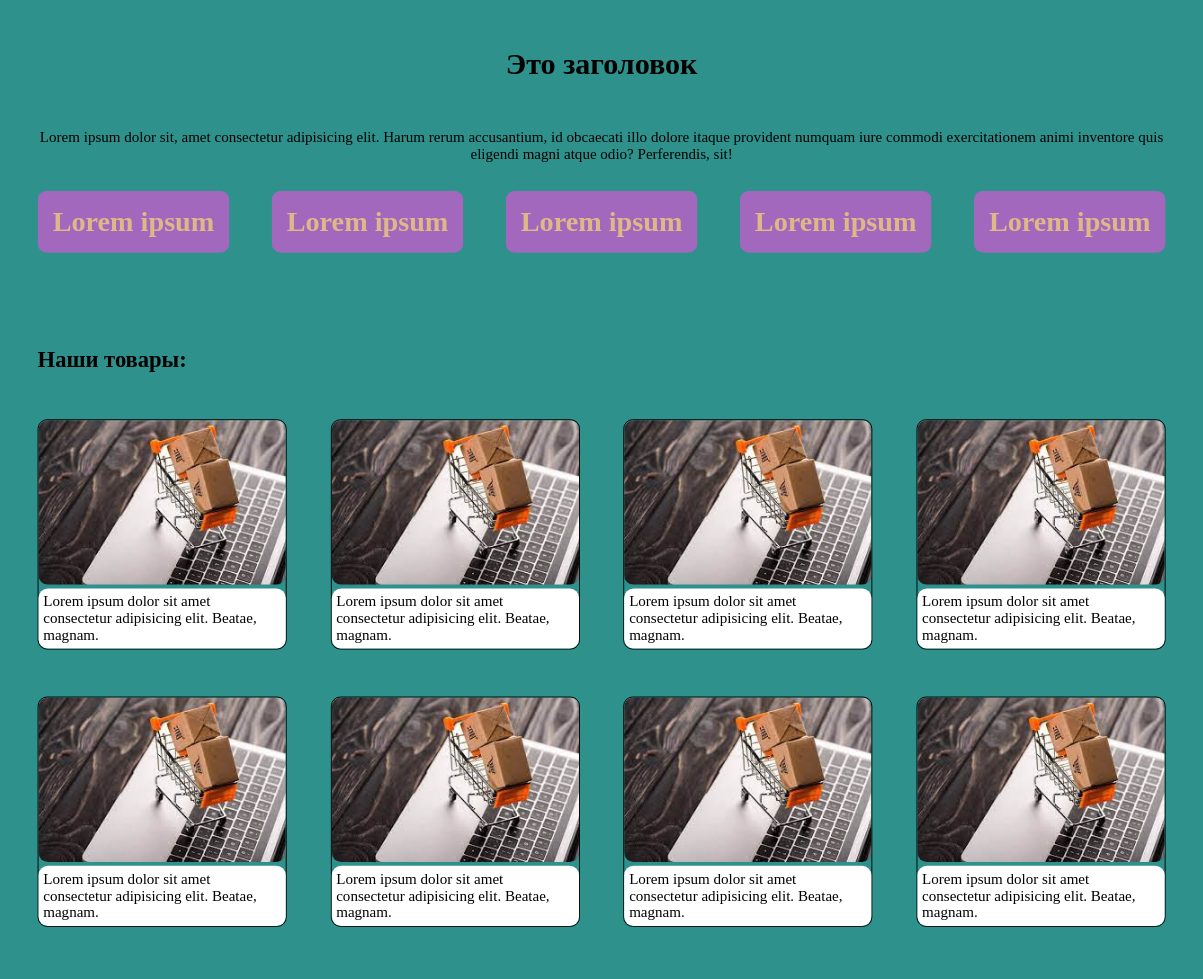
Repository: annamsklv/web
Page: seminar2_26.01/index.html
The author's editor kept a copy of each file at every save. The page is drawn from the files as they stood at one save, then again after the next save.
The browser window is 1280 px wide. The pictures show the whole page, at 94% of full size.
Some web fonts or font styles are not loaded; a fallback is used.

Above is the page before, as saved 2023-02-01 18:30:38.

After the next save:
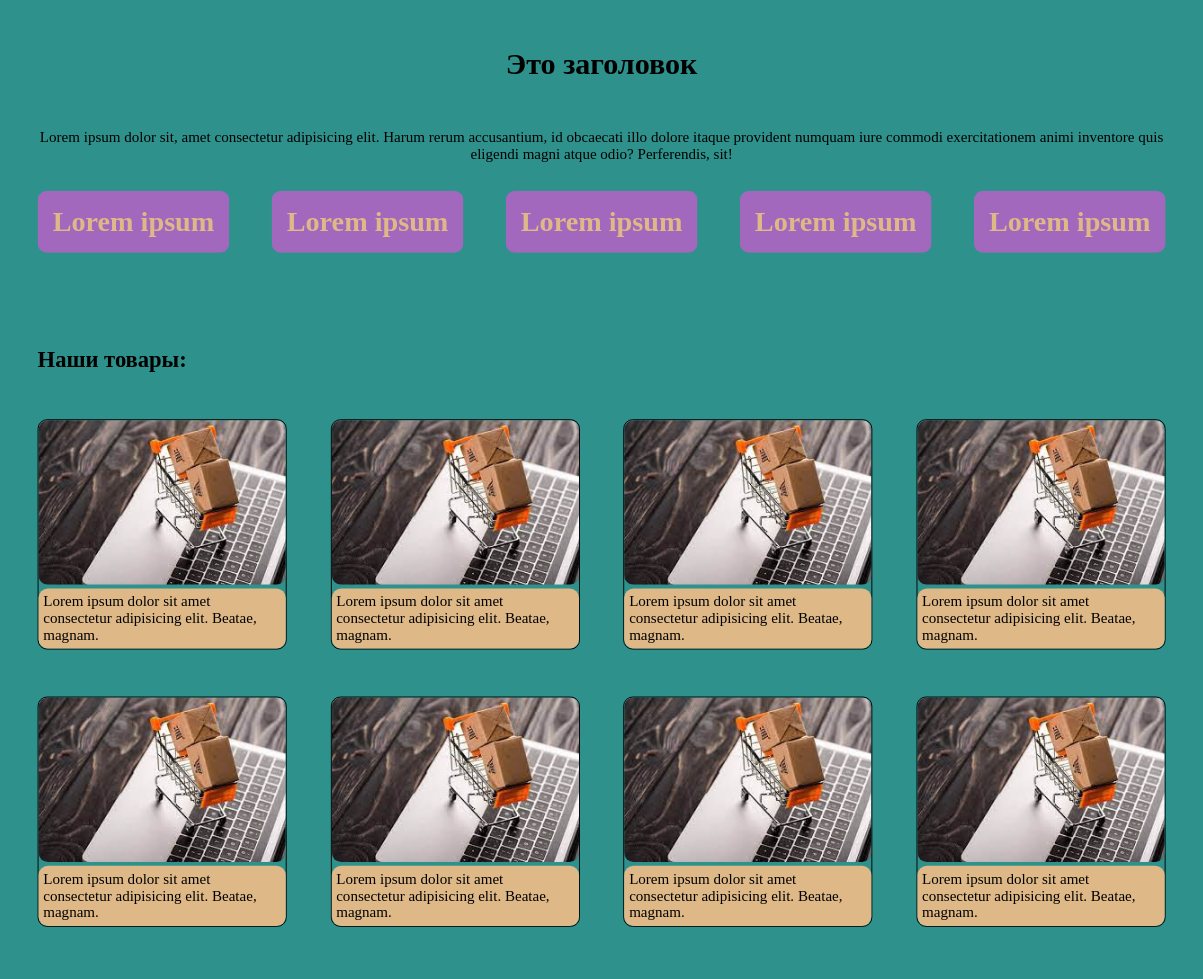
Saved 62 s later.
--- a/seminar2_26.01/test2.css
+++ b/seminar2_26.01/test2.css
@@ -78,7 +78,7 @@ a{
 
 .item-link {
     padding: 5px;
-    background-color: #fff;
+    background-color: burlywood;
     display: block;
     border-radius: 10px;
     font-family: 'Ruslan Display', cursive;
